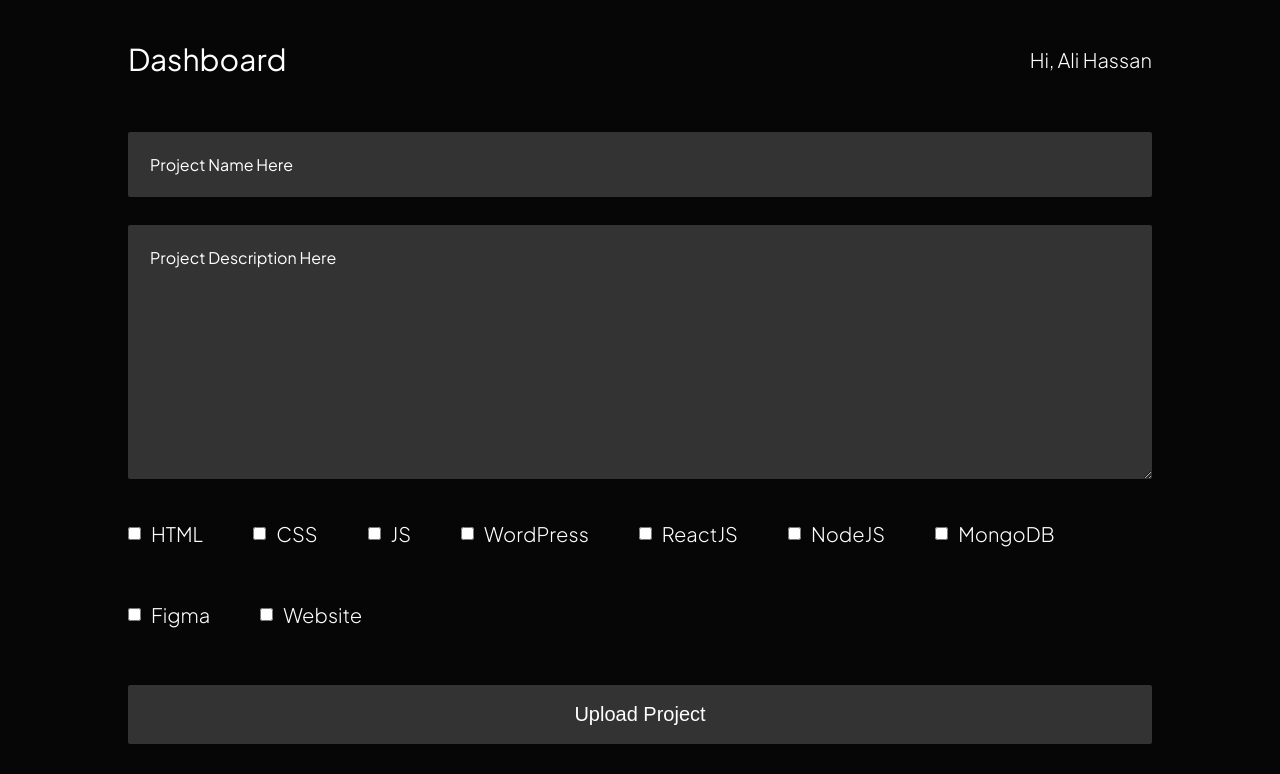
Repository: AliHassan02-Dev/PORTFOLIO
Page: /AdminDashborad (app in Front-end/)
The author's editor kept a copy of each file at every save. The page is drawn from the files as they stood at one save, then again after the next save.
The browser window is 1280 px wide. The pictures show the whole page.
The project was rebuilt for these pictures with package versions that can differ from the ones it lists, and the page was loaded fresh each time. Also part of the build but not shown: Front-end/vite.config.js, Front-end/src/Pages/Home.jsx, Front-end/src/Pages/About.jsx, Front-end/src/Components/Footer.jsx, Front-end/src/Components/Navbar.jsx, Front-end/src/data.js, Front-end/src/Components/ProjectsBox.jsx, Front-end/src/App.jsx and 5 more.

Above is the page before, as saved 2024-08-31 07:46:31.

After the next save:
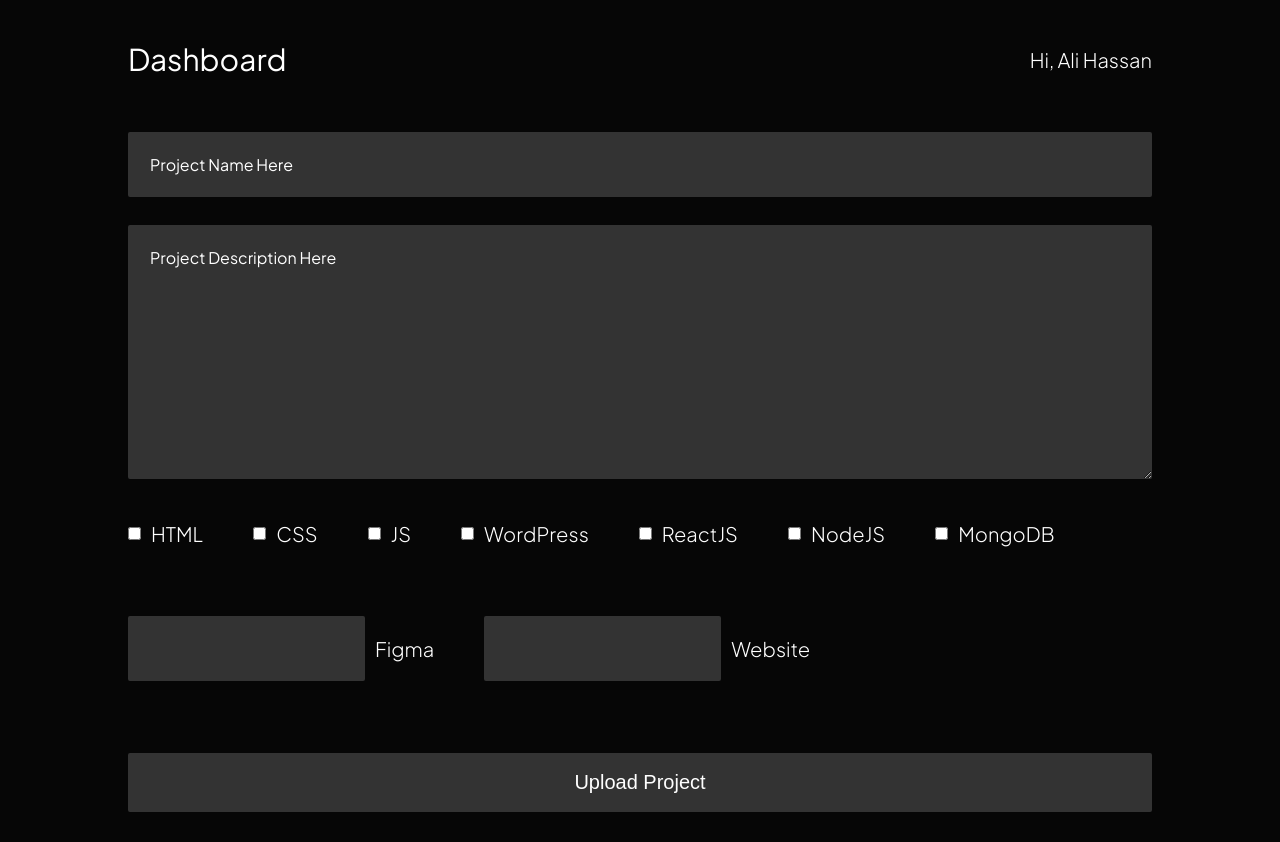
Saved 3 min 37 s later.
--- a/Front-end/src/Pages/AdminDashboard.jsx
+++ b/Front-end/src/Pages/AdminDashboard.jsx
@@ -130,18 +130,18 @@ const AdminDashboard = () => {
           <div className="linksBox">
             <div className="linksBar">
               <input
-                type="checkbox"
-                name="Figma"
-                value={projectData.Figma}
+                type="text"
+                name="figmaLink"
+                value={projectData.figmaLink}
                 onChange={handleEvent}
               />
               <p>Figma</p>
             </div>
             <div className="linksBar">
               <input
-                type="checkbox"
-                name="Website"
-                value={projectData.Website}
+                type="text"
+                name="websiteLink"
+                value={projectData.websiteLink}
                 onChange={handleEvent}
               />
               <p>Website</p>
